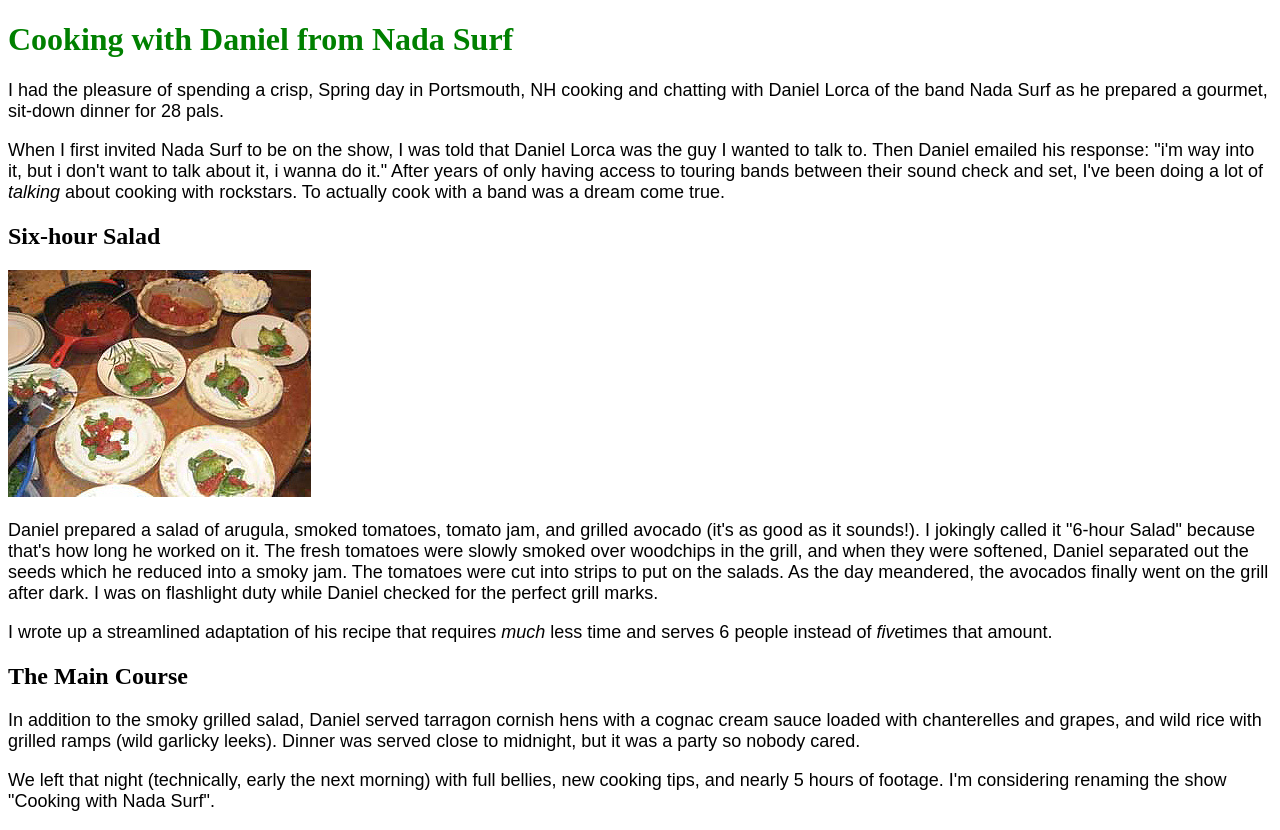
Repository: Colo-Codes/code-practice
Page: 02-css-practice-1.html
These files come from the project's save history. The page is drawn as it stood at one moment and after the next save; the edit follows.
The browser window is 1280 px wide. The pictures show the whole page.

Above is the page before, as saved 2021-05-03 08:59:57.

### 02-css-practice-1.html
<!doctype html>
<html>

<head>
    <meta charset="UTF-8">
    <title>Cooking with Nada Surf</title>
    <style>
        h1 {
            color: green;
        }
        p {
            font-size: large;
            font-family: sans-serif;
        }
    </style>
</head>

<body>
    <h1>Cooking with Daniel from Nada Surf</h1>

    <p>I had the pleasure of spending a crisp, Spring day in Portsmouth, NH cooking and chatting with Daniel Lorca of
        the band Nada Surf as he prepared a gourmet, sit-down dinner for 28 pals.</p>

    <p>When I first invited Nada Surf to be on the show, I was told that Daniel Lorca was the guy I wanted to talk to.
        Then Daniel emailed his response: "i'm way into it, but i don't want to talk about it, i wanna do it." After
        years of only having access to touring bands between their sound check and set, I've been doing a lot of
        <em>talking</em> about cooking with rockstars. To actually cook with a band was a dream come true.</p>

    <h2>Six-hour Salad</h2>

    <p><img src="assets/img/salads.jpg" alt="Smoked tomato salads on plates"></p>

    <p>Daniel prepared a salad of arugula, smoked tomatoes, tomato jam, and grilled avocado (it's as good as it
        sounds!). I jokingly called it "6-hour Salad" because that's how long he worked on it. The fresh tomatoes were
        slowly smoked over woodchips in the grill, and when they were softened, Daniel separated out the seeds which he
        reduced into a smoky jam. The tomatoes were cut into strips to put on the salads. As the day meandered, the
        avocados finally went on the grill after dark. I was on flashlight duty while Daniel checked for the perfect
        grill marks.</p>

    <p>I wrote up a streamlined adaptation of his recipe that requires <em>much</em> less time and serves 6 people
        instead of <em>five</em>times that amount.</p>


    <h2>The Main Course</h2>

    <p>In addition to the smoky grilled salad, Daniel served tarragon cornish hens with a cognac cream sauce loaded with
        chanterelles and grapes, and wild rice with grilled ramps (wild garlicky leeks). Dinner was served close to
        midnight, but it was a party so nobody cared.</p>

    <p>We left that night (technically, early the next morning) with full bellies, new cooking tips, and nearly 5 hours
        of footage. I'm considering renaming the show "Cooking with Nada Surf". </p>


</body>

</html>

After the next save:
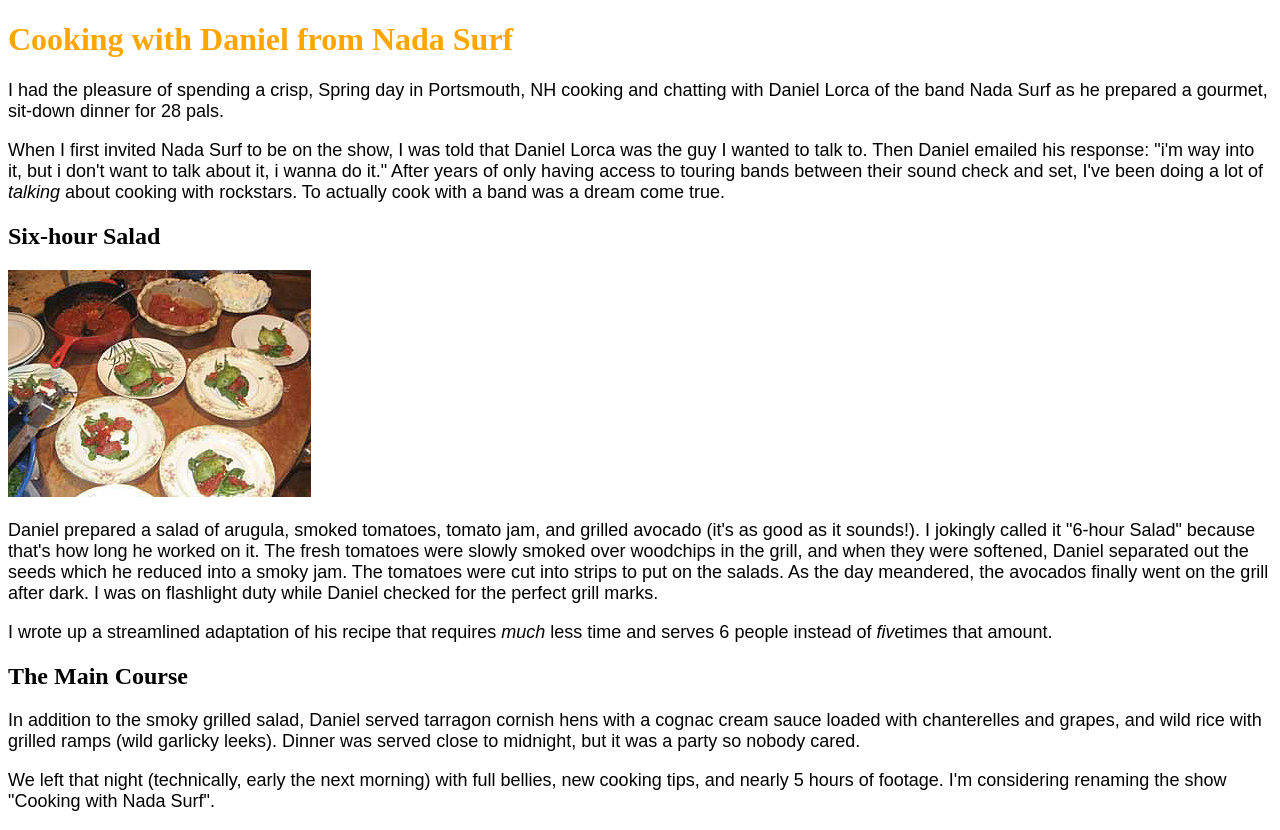
Saved 68 s later.
--- a/02-css-practice-1.html
+++ b/02-css-practice-1.html
@@ -6,7 +6,7 @@
     <title>Cooking with Nada Surf</title>
     <style>
         h1 {
-            color: green;
+            color: orange;
         }
         p {
             font-size: large;
